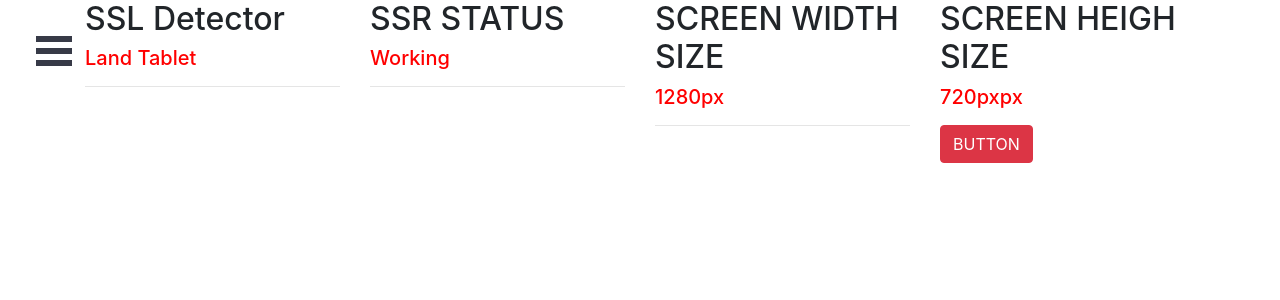
Repository: adrihle/screen-detector-nextpwa
Page: /
An editor plug-in stored every save of this project. The page is shown before and after the next save, followed by the edit.
The browser window is 1280 px wide. The pictures show the whole page.
The project was rebuilt for these pictures with package versions that can differ from the ones it lists, and the page was loaded fresh each time. The framework's server and built-in components were replaced by stand-ins that run in the browser. Imported but missing from the stored project, and not drawn on this page: pages/_document.

Above is the page before, as saved 2020-12-29 18:40:54.

### pages/_app.js
import App, { Container } from "next/app";
import Head from "next/head";
import styled, { createGlobalStyle } from "styled-components";
import { title } from "./_document";
import ScreenSizeLayout from '../components/smart/ScreenSizeLayout'
import Menu from '../components/navigation/mobile'

// Any global CSS variables and selectors we want
const GlobalStyle = createGlobalStyle`
  :root {
    --padding: 2rem;
    --max-width: 50rem;
  }

  body {
    background: var(--background--1);
    font-family: 'PT Sans', sans-serif;
    margin: 0;
  }
`;

const Main = styled.main`
  margin: 0 auto;
  max-width: var(--max-width);
  padding: var(--padding);
`;

export default class MyApp extends App {
  static async getInitialProps({ Component, ctx }) {
    let pageProps = {};

    if (Component.getInitialProps) {
      pageProps = await Component.getInitialProps(ctx);
    }

    return { pageProps };
  }

  render() {
    const { Component, pageProps, router } = this.props;

    return (
      <>
        <Head>
          <title>{title}</title>
          <link rel="stylesheet" href="https://stackpath.bootstrapcdn.com/bootstrap/4.3.1/css/bootstrap.min.css" integrity="sha384-ggOyR0iXCbMQv3Xipma34MD+dH/1fQ784/j6cY/iJTQUOhcWr7x9JvoRxT2MZw1T" crossorigin="anonymous"></link>
        </Head>
        <Container>
            {/* here a smart screen detector */}
            <ScreenSizeLayout>
              <Menu />
                <Component {...pageProps} router={router} />
            </ScreenSizeLayout>
          <GlobalStyle />
        </Container>
      </>
    );
  }
}

### pages/index.js
import Nav from '../components/navigation/mobile'

const Index = ({ server, measures, screen }) => {

  const width = measures && measures[0] + 'px'
  const heigh = measures && measures[1] + 'px'


  return (
    <div  className='container'>
      <div className='row' id='content'>
        <div className="col-md-6 col-lg-3">
          <h2>SSL Detector</h2>
          <h5 style={{color:'red'}}>{screen}</h5>
          <hr />
        </div>
        <div className="col-md-6 col-lg-3">
          <h2>SSR STATUS</h2>
          <h5 style={{color:'red'}}>{server ? 'Working' : 'Not Working'}</h5>
          <hr />
        </div>
        <div className="col-md-6 col-lg-3">
          <h2>SCREEN WIDTH SIZE</h2>
          <h5 style={{color:'red'}}>{width}</h5>
          <hr/>
        </div>
        <div className="col-md-6 col-lg-3">
          {(measures && measures[0]>240) && (
            <>
              <h2>SCREEN HEIGH SIZE</h2>
              <h5 style={{color:'red'}}>{`${heigh}px`}</h5>
              <button className='btn btn-danger mt-2'>BUTTON</button>
            </>
          )}
        </div>
      </div>
    </div>
  )
}

Index.getInitialProps = async function() {
  return {
    server: true,
  }
};

export default Index;

### components/smart/ScreenSizeLayout.tsx
import {Children, cloneElement, useState, useEffect } from 'react'

const ScreenSizeLayout = ({ children }) => {

    const [screen, setScreen] = useState(null)
    const [measures, setMeasures] = useState(null)

    const handleSize = () => {
        let width = window.innerWidth
        let heigh = window.innerHeight
        setMeasures([width, heigh])

        let landscape = width > heigh

        if (width < 420){setScreen('Mobile')}
        else if (width > 420 && width < 850 && landscape){setScreen('Land Mobile')}
        else if (width > 420 && width < 1300 && !landscape){setScreen('Tablet')}
        else if (width > 820 && width < 1400 && landscape){setScreen('Land Tablet')}
        else {setScreen('Desktop')}
    }

    useEffect(() => {
        handleSize()
        window.addEventListener('resize', handleSize)
        return () => {window.removeEventListener('resize', handleSize)}
    },[])

    const childrenWithProps = Children.map(children, child => {
        return cloneElement(child, {
            measures,
            screen
        });
      });

    return (
        <>
            {childrenWithProps}
        </>
    )
}

export default ScreenSizeLayout

### components/navigation/mobile.tsx
import { slide as Menu } from 'react-burger-menu'

var styles = {
    bmBurgerButton: {
      position: 'fixed',
      width: '36px',
      height: '30px',
      left: '36px',
      top: '36px'
    },
    bmBurgerBars: {
      background: '#373a47'
    },
    bmBurgerBarsHover: {
      background: '#a90000'
    },
    bmCrossButton: {
      height: '24px',
      width: '24px'
    },
    bmCross: {
      background: '#bdc3c7'
    },
    bmMenuWrap: {
      position: 'fixed',
      height: '100%'
    },
    bmMenu: {
      background: '#373a47',
      padding: '2.5em 1.5em 0',
      fontSize: '1.15em'
    },
    bmMorphShape: {
      fill: '#373a47'
    },
    bmItemList: {
      color: '#b8b7ad',
      padding: '0.8em'
    },
    bmItem: {
      display: 'inline-block'
    },
    bmOverlay: {
      background: 'rgba(0, 0, 0, 0.3)'
    }
  }

const Mobile = ({ outerContainer, pageWrap }) => {
    return (
        <Menu styles={styles}>
            <a id="home" className="menu-item" href="/">Home</a>
            <a id="about" className="menu-item" href="/about">About</a>
            <a id="contact" className="menu-item" href="/contact">Contact</a>
        </Menu>
    )
}

export default Mobile

After the next save:
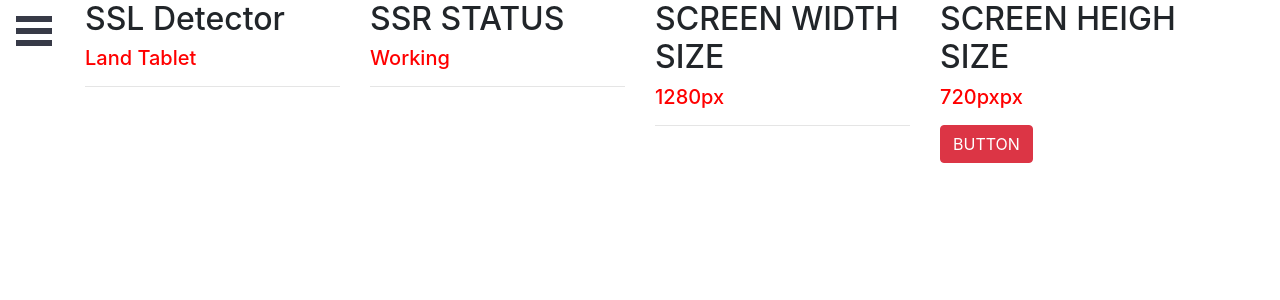
Saved 10 s later.
--- a/components/navigation/mobile.tsx
+++ b/components/navigation/mobile.tsx
@@ -5,8 +5,8 @@ var styles = {
       position: 'fixed',
       width: '36px',
       height: '30px',
-      left: '36px',
-      top: '36px'
+      left: '1em',
+      top: '1em'
     },
     bmBurgerBars: {
       background: '#373a47'
